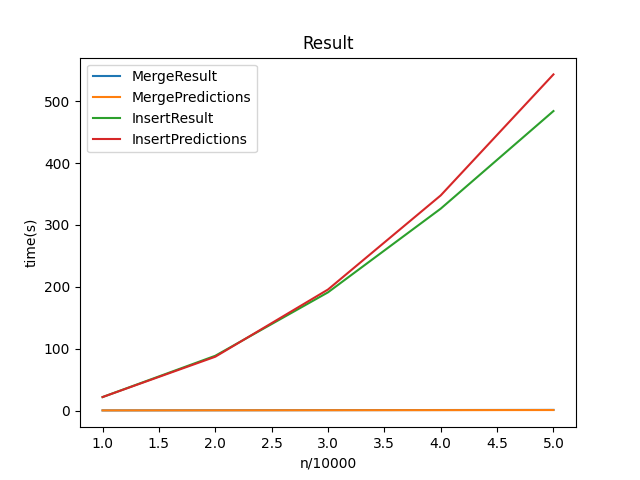
Repository: shadowofgost/AlgorithmCode
Script's output: python lab1.py
An editor plug-in stored every save of this project. The script's output is shown before and after the next save, followed by the edit.
Random numbers start from a fixed seed.

Above is the script's output before, as saved 2021-09-22 18:46:51.

After the next save:
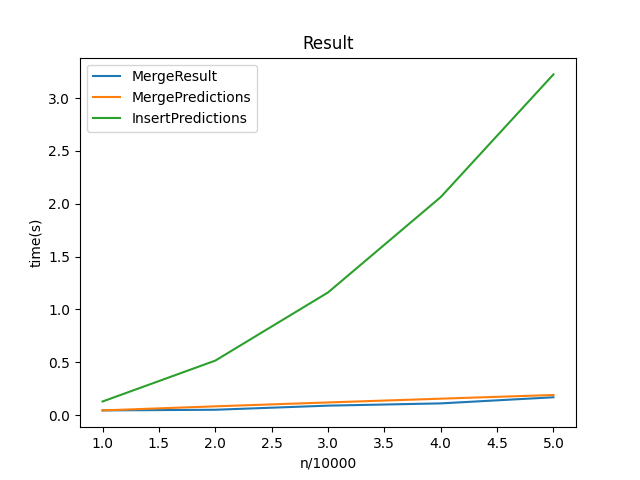
Saved 12 min 57 s later.
--- a/lab1.py
+++ b/lab1.py
@@ -212,7 +212,7 @@
         0.11115198135375977,
         0.1690195083618164,
     ]
-    merge_sort_time_result =[0.1809403657913208, 0.36830027103424073, 0.5818017005920411, 0.7784999370574951, 0.9898996829986573]
+    #merge_sort_time_result =[0.1809403657913208, 0.36830027103424073, 0.5818017005920411, 0.7784999370574951, 0.9898996829986573]
     insert_sort_time_result = [
         0.1289997100830078,
         0.4636999130249023,
@@ -220,7 +220,7 @@
         1.7316908359527587,
         1.952409553527832,
     ]
-    insert_sort_time_result = [21.732965779304504, 88.47726345062256, 191.0323684692383, 326.29902441501616, 484.08071608543395]
+    #insert_sort_time_result = [21.732965779304504, 88.47726345062256, 191.0323684692383, 326.29902441501616, 484.08071608543395]
     n_list = [10000, 20000, 30000, 40000, 50000]
     x_list = [i for i in range(1,len(n_list)+1)]
     merge_k = merge_sort_time_result[0] / (log(2, n_list[0]) * n_list[0])
@@ -235,7 +235,7 @@
 
     plt.plot(x_list, merge_sort_time_result, label="MergeResult")
     plt.plot(x_list, merge_sort_time_predictions, label="MergePredictions")
-    plt.plot(x_list, insert_sort_time_result, label="InsertResult")
+    #plt.plot(x_list, insert_sort_time_result, label="InsertResult")
     plt.plot(x_list, insert_sort_time_predictions, label="InsertPredictions")
     plt.xlabel("n/10000")
     plt.ylabel("time(s)")

After the save that followed:
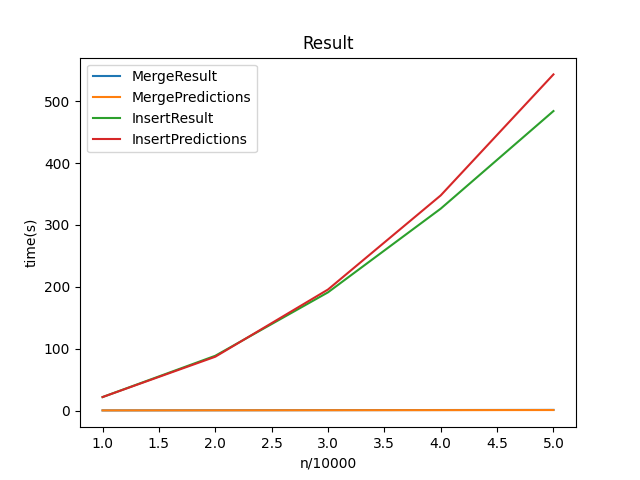
Saved 10 min 1 s later.
--- a/lab1.py
+++ b/lab1.py
@@ -212,7 +212,7 @@
         0.11115198135375977,
         0.1690195083618164,
     ]
-    #merge_sort_time_result =[0.1809403657913208, 0.36830027103424073, 0.5818017005920411, 0.7784999370574951, 0.9898996829986573]
+    merge_sort_time_result =[0.1809403657913208, 0.36830027103424073, 0.5818017005920411, 0.7784999370574951, 0.9898996829986573]
     insert_sort_time_result = [
         0.1289997100830078,
         0.4636999130249023,
@@ -220,7 +220,7 @@
         1.7316908359527587,
         1.952409553527832,
     ]
-    #insert_sort_time_result = [21.732965779304504, 88.47726345062256, 191.0323684692383, 326.29902441501616, 484.08071608543395]
+    insert_sort_time_result = [21.732965779304504, 88.47726345062256, 191.0323684692383, 326.29902441501616, 484.08071608543395]
     n_list = [10000, 20000, 30000, 40000, 50000]
     x_list = [i for i in range(1,len(n_list)+1)]
     merge_k = merge_sort_time_result[0] / (log(2, n_list[0]) * n_list[0])
@@ -235,7 +235,7 @@
 
     plt.plot(x_list, merge_sort_time_result, label="MergeResult")
     plt.plot(x_list, merge_sort_time_predictions, label="MergePredictions")
-    #plt.plot(x_list, insert_sort_time_result, label="InsertResult")
+    plt.plot(x_list, insert_sort_time_result, label="InsertResult")
     plt.plot(x_list, insert_sort_time_predictions, label="InsertPredictions")
     plt.xlabel("n/10000")
     plt.ylabel("time(s)")
